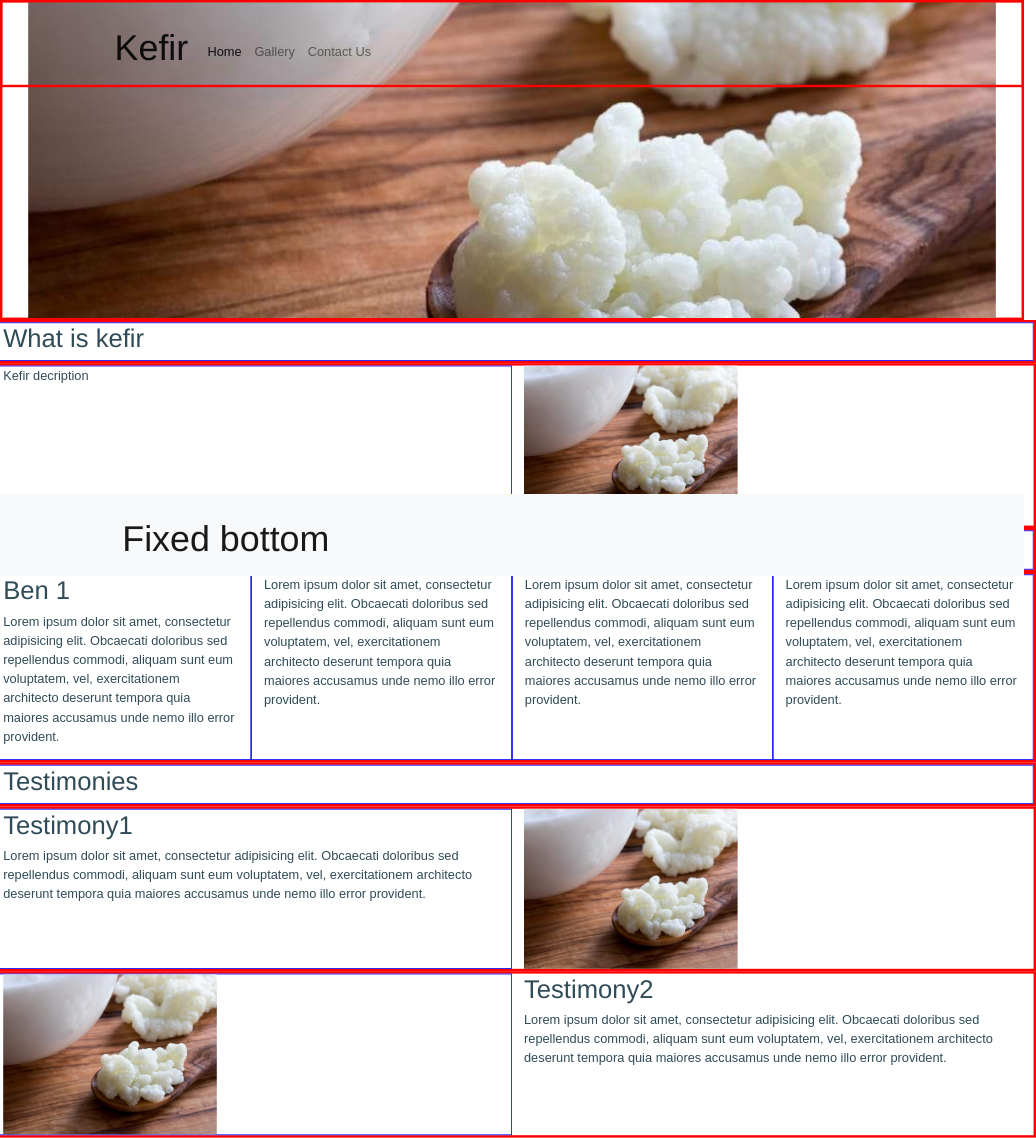
Repository: andna5980/kefir-web
Page: src/index.html
These files come from the project's save history. The page is drawn as it stood at one moment and after the next save; the edit follows.
The browser window is 1280 px wide. The page is 1295 px wide, so the pictures cover 1295 px, including what lies to the right of the window. The pictures show the whole page, at 80% of full size.
Some web fonts or font styles are not loaded; a fallback is used. Some web libraries are served in a nearby version.

Above is the page before, as saved 2021-02-28 13:12:58.

After the next save:
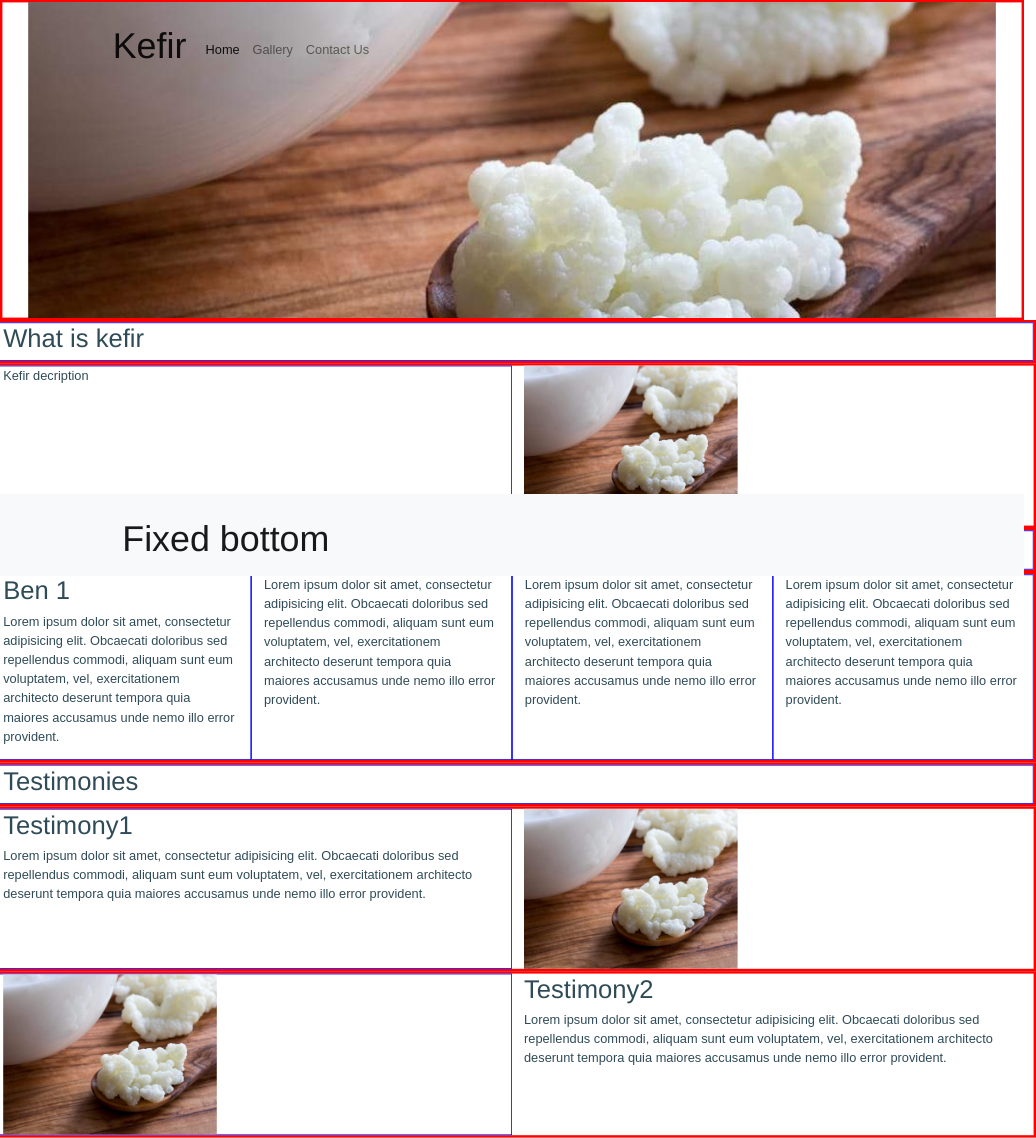
Saved 44 s later.
--- a/src/index.html
+++ b/src/index.html
@@ -19,7 +19,7 @@
 <body>
   <!--------------------Main-Header-------------------------------------->
   <!-- <header> -->
-    <nav class="test-red fixed-top navbar navbar-expand-md navbar-light">
+    <nav class=" fixed-top navbar navbar-expand-md navbar-light">
       <a class="navbar-brand" href="#">Kefir</a>
       <button class="navbar-toggler" type="button" data-toggle="collapse" data-target="#navbarNav"
         aria-controls="navbarNav" aria-expanded="false" aria-label="Toggle navigation">
